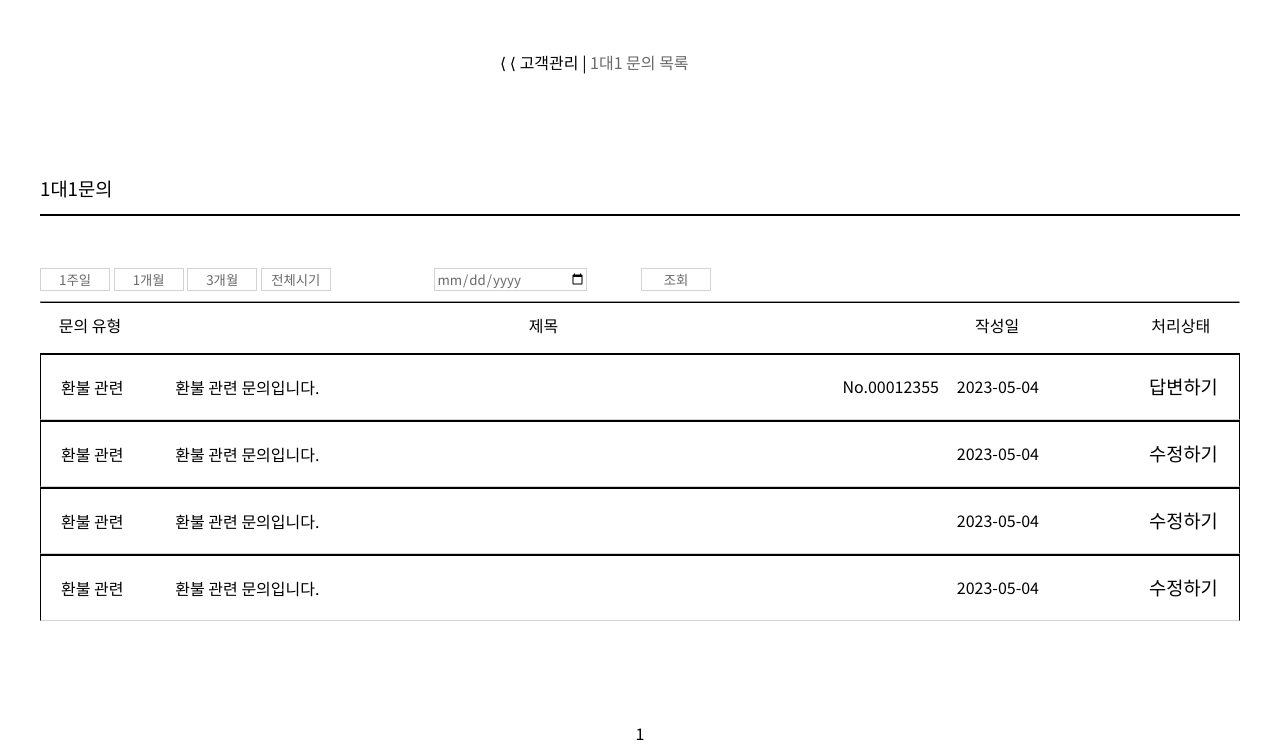
Repository: mcw9503/PassionForFashion
Page: Semi_Project/src/main/webapp/WEB-INF/QnaPage.html
The author's editor kept a copy of each file at every save. The page is drawn from the files as they stood at one save, then again after the next save.
The browser window is 1280 px wide. The pictures show the whole page.

Above is the page before, as saved 2023-05-07 08:40:56.

After the next save:
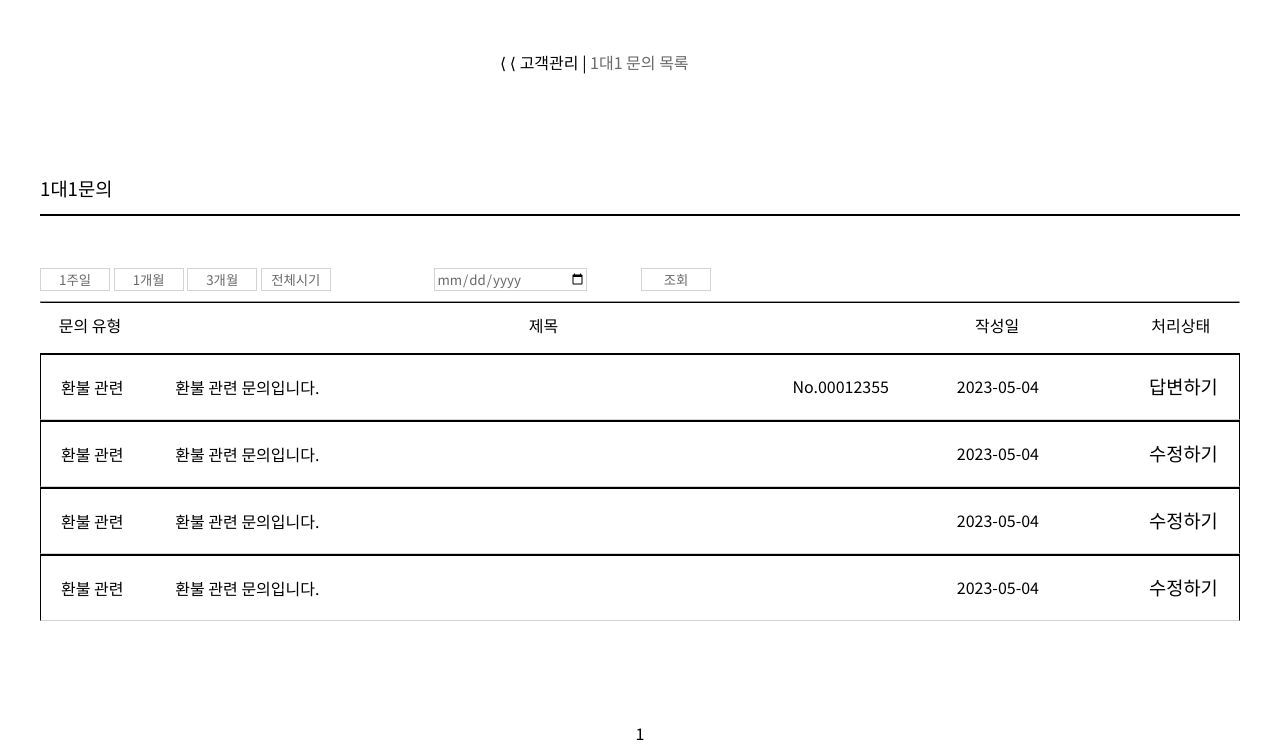
Saved 8 s later.
--- a/Semi_Project/src/main/webapp/WEB-INF/QnaPage.html
+++ b/Semi_Project/src/main/webapp/WEB-INF/QnaPage.html
@@ -148,7 +148,7 @@ div form input:active {
 		<div class="qnaCategoy" style="display: inline-block; width: 100px;">환불 관련</div>
 		&nbsp;&nbsp;
 		환불 관련 문의입니다.
-		<span style="margin-right: 100px;">No.00012355</span>
+		<span style="margin-right: 150px;">No.00012355</span>
 		<span>2023-05-04</span>
 		<h3 class="ansComplete"style="margin-left: 15px; ">답변하기</h3></label>
 		<div>
